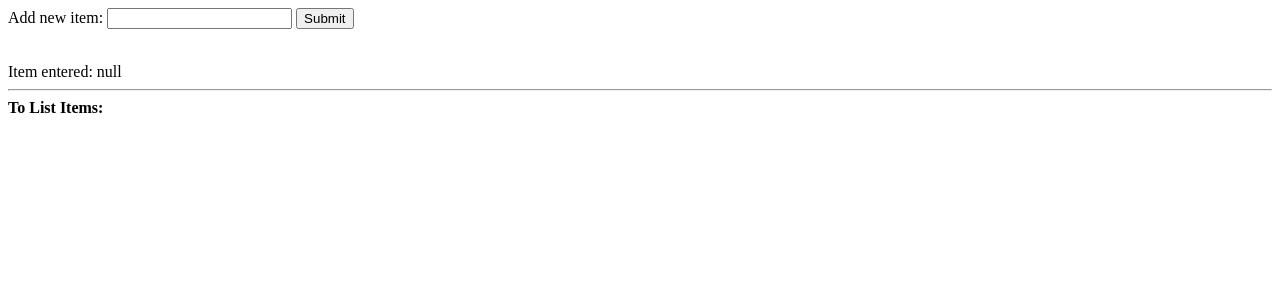
Repository: aashigupta165/advance-java
Page: http://localhost/notes/todo-demo.jsp
These files come from the project's save history. The page is drawn as it stood at one moment and after the next save; the edit follows.
The browser window is 1280 px wide. The pictures show the whole page.
The page is served by Tomcat 9. Nobody is signed in. The application's start-up code is not run. Other server files are loaded and not shown.

Above is the page before, as saved 2019-08-22 17:49:19.

### notes/WebContent/todo-demo.jsp
<%@ page import="java.util.*"  %>
<html>

<body>

<form action="todo-demo.jsp">
Add new item: <input type="text" name="theItem" />
<input type="submit" value="Submit" />
</form>

<br>
Item entered: <%= request.getParameter("theItem") %>

<%
List<String> items = (List<String>) session.getAttribute("myToDoList");
if(items==null){
	items = new ArrayList<String>();
	session.setAttribute("myToDoList", items);
}
String theItem = request.getParameter("theItem");
if(theItem != null){
	items.add(theItem);
}
%>

<hr>
<b>To List Items:</b> <br/>

<ol>
<%
for(String temp : items){
	out.println("<li>" + temp + "/li");
}
%>
</ol>

</body>

</html>

After the next save:
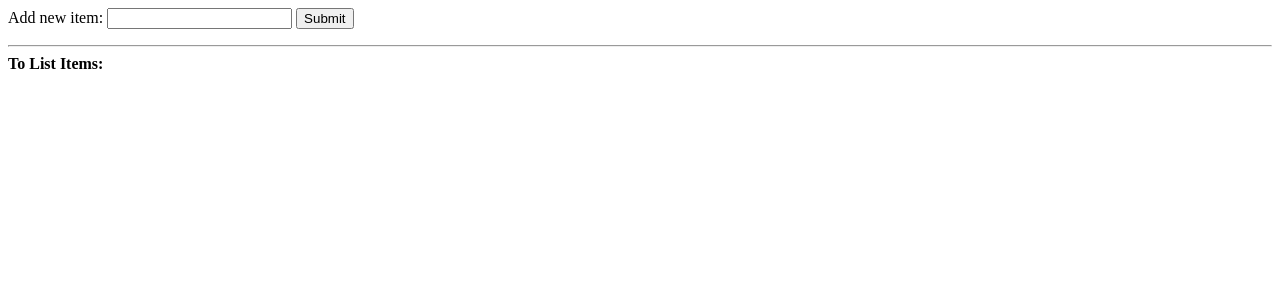
Saved 83 s later.
--- a/notes/WebContent/todo-demo.jsp
+++ b/notes/WebContent/todo-demo.jsp
@@ -7,9 +7,6 @@
 Add new item: <input type="text" name="theItem" />
 <input type="submit" value="Submit" />
 </form>
-
-<br>
-Item entered: <%= request.getParameter("theItem") %>
 
 <%
 List<String> items = (List<String>) session.getAttribute("myToDoList");
